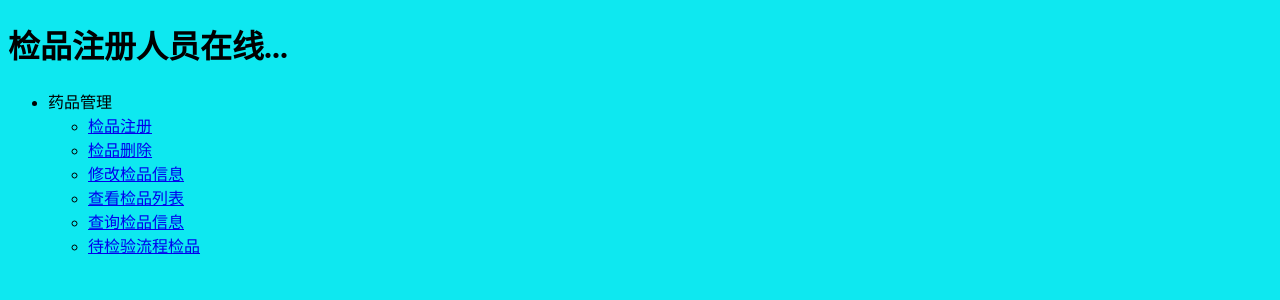
Repository: Shaoxubao/Java
Page: http://localhost/msm/jsp/sample/regi_menu.jsp
These files come from the project's save history. The page is drawn as it stood at one moment and after the next save; the edit follows.
The browser window is 1280 px wide. The pictures show the whole page.
The page is served by Tomcat 9. Nobody is signed in. The application's start-up code is not run. Other server files are loaded and not shown.

Above is the page before, as saved 2015-06-10 08:10:50.

### msm/WebContent/jsp/sample/regi_menu.jsp
<%@ page language="java" contentType="text/html; charset=UTF-8"
    pageEncoding="UTF-8"%>
<!DOCTYPE html PUBLIC "-//W3C//DTD HTML 4.01 Transitional//EN" "http://www.w3.org/TR/html4/loose.dtd">
<html>
<head>
<meta http-equiv="Content-Type" content="text/html; charset=UTF-8">
<title>检品注册人员</title>
</head>
<body bgcolor="＃E8E8FF">
    <h1>检品注册人员在线...</h1>
    <div>
      <ul>
        <li>药品管理</li>
        <ul>
           <!-- <li><a href="add_sample.jsp" target="main">检品注册</a></li>-->
          <li><a href="<%=request.getContextPath()%>/samplem/addsample" target="main">检品注册</a></li>
          <li><a href="<%=request.getContextPath()%>/samplem/deletesample" target="main">检品删除</a></li>
          <li><a href="<%=request.getContextPath()%>/samplem/update" target="main">修改检品信息</a></li>
          <li><a href="<%=request.getContextPath()%>/samplem/samples" target="main">查看检品列表</a></li>
          <li><a href="<%=request.getContextPath()%>/samplem/show" target="main">查询检品信息</a></li>
          <li><a href="<%=request.getContextPath()%>/samplem/show" target="main">待检验流程检品</a></li>
        </ul>
      </ul>
    </div>
</body>
</html>

After the next save:
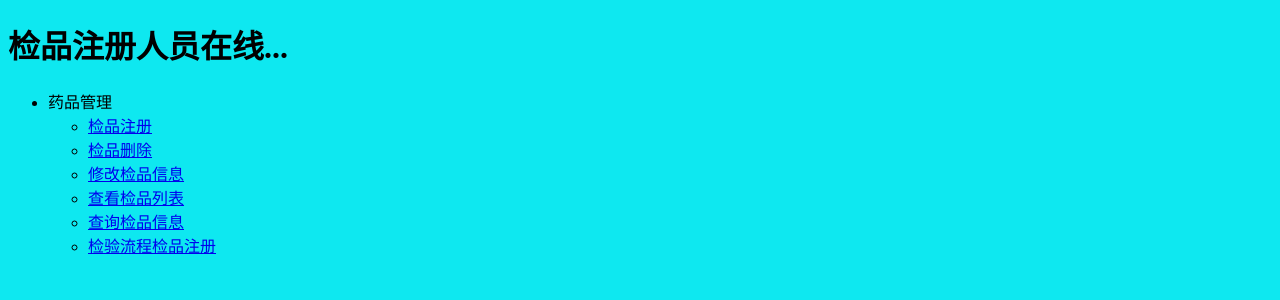
Saved 43 s later.
--- a/msm/WebContent/jsp/sample/regi_menu.jsp
+++ b/msm/WebContent/jsp/sample/regi_menu.jsp
@@ -18,7 +18,7 @@
           <li><a href="<%=request.getContextPath()%>/samplem/update" target="main">修改检品信息</a></li>
           <li><a href="<%=request.getContextPath()%>/samplem/samples" target="main">查看检品列表</a></li>
           <li><a href="<%=request.getContextPath()%>/samplem/show" target="main">查询检品信息</a></li>
-          <li><a href="<%=request.getContextPath()%>/samplem/show" target="main">待检验流程检品</a></li>
+          <li><a href="<%=request.getContextPath()%>/samplem/show" target="main">检验流程检品注册</a></li>
         </ul>
       </ul>
     </div>
